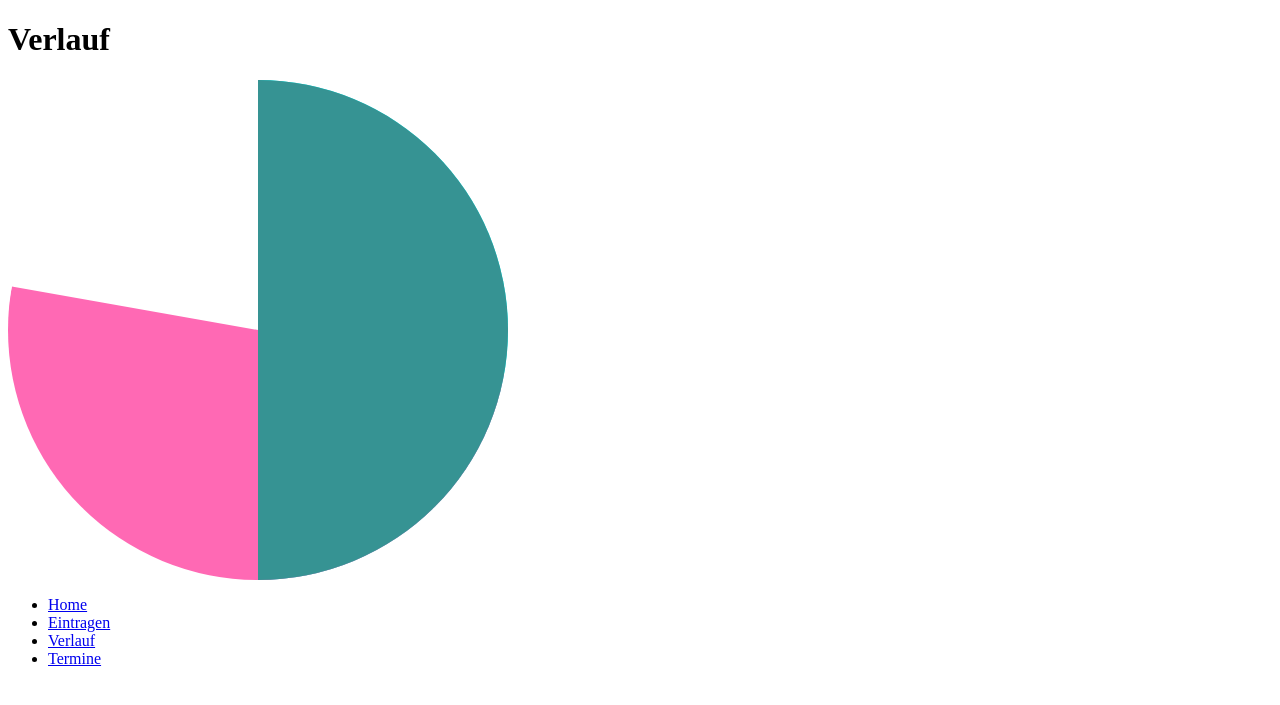
Repository: jakemoes/Pet-Tracker
Page: PWA/trend.html
An editor plug-in stored every save of this project. The page is shown before and after a run of saves, followed by the edit.
The browser window is 1280 px wide. The pictures show the whole page.

Above is the page before, as saved 2024-12-05 01:09:41.

After the next 3 saves:
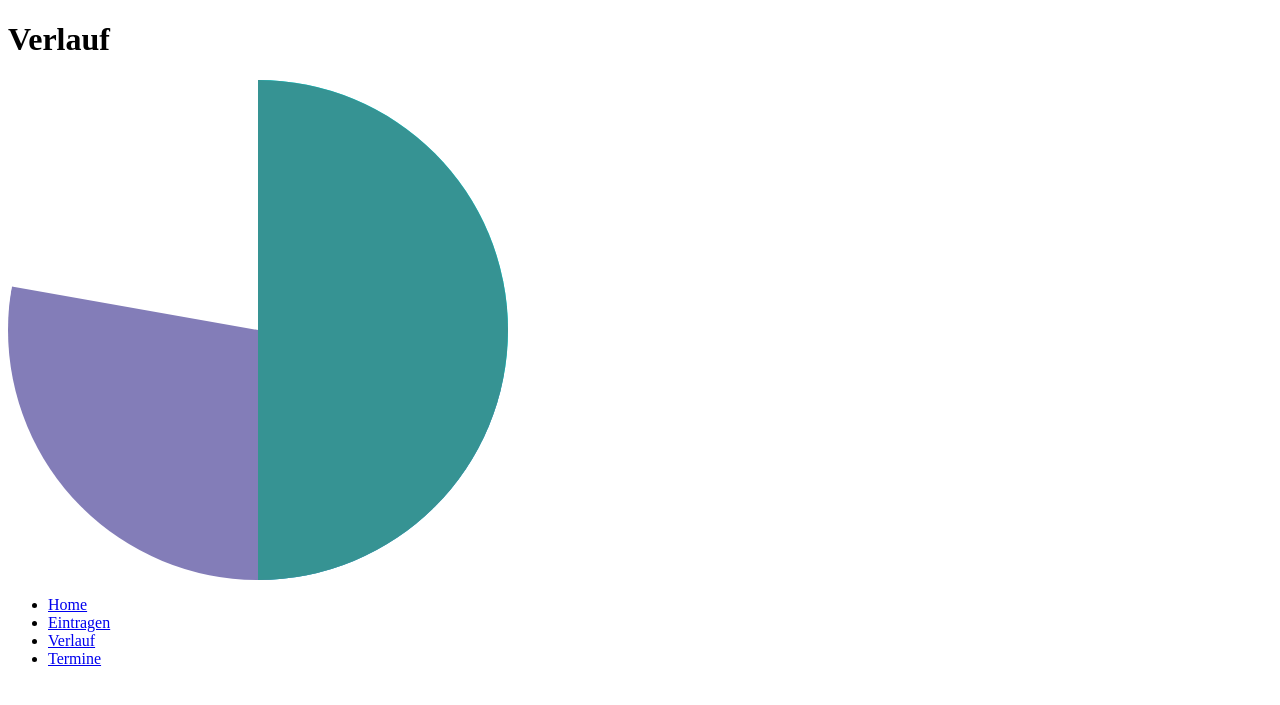
The 3 saves are shown as one change because they came seconds apart.
The last was saved 14 s later.
--- a/PWA/trend.css
+++ b/PWA/trend.css
@@ -40,7 +40,7 @@
  }
 
  .layer:nth-child(2) {
-    background-color: hotpink;
+    background-color: rgb(131, 125, 184);
     transform: translateX(250px) rotate(100deg);
  }
 
